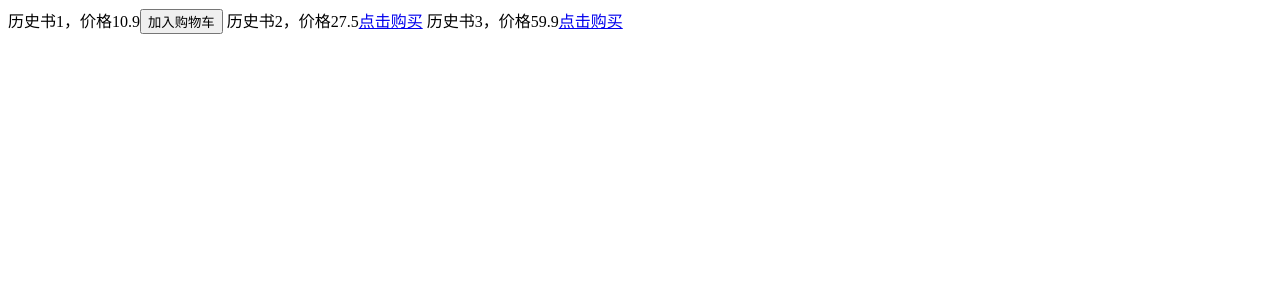
Repository: Matty-GCU/MyEclipse
Page: http://localhost/JavaWeb/chapter08_JSP_built_in_Object_2/homework/8.99.1hw1_book_history.jsp
These files come from the project's save history. The page is drawn as it stood at one moment and after the next save; the edit follows.
The browser window is 1280 px wide. The pictures show the whole page.
The page is served by Tomcat 9. Other server files are loaded and not shown.

Above is the page before, as saved 2021-10-27 16:24:10.

### JavaWeb/WebRoot/chapter08_JSP_built_in_Object_2/homework/8.99.1hw1_book_history.jsp
<%@ page language="java" contentType="text/html; charset=UTF-8"
    pageEncoding="UTF-8"%>
<html>
	<head>
		<title>Insert title here</title>
		<meta charset="utf-8">
		<style type="text/css">
			form{
				display: inline-block;
			}
		</style>
	</head>
	<body>
		<%

		%>
		历史书1，价格10.9<form><input type="submit" value="加入购物车"></form>
		历史书2，价格27.5<a href="#">点击购买</a>
		历史书3，价格59.9<a href="#">点击购买</a>
	</body>
</html>

After the next save:
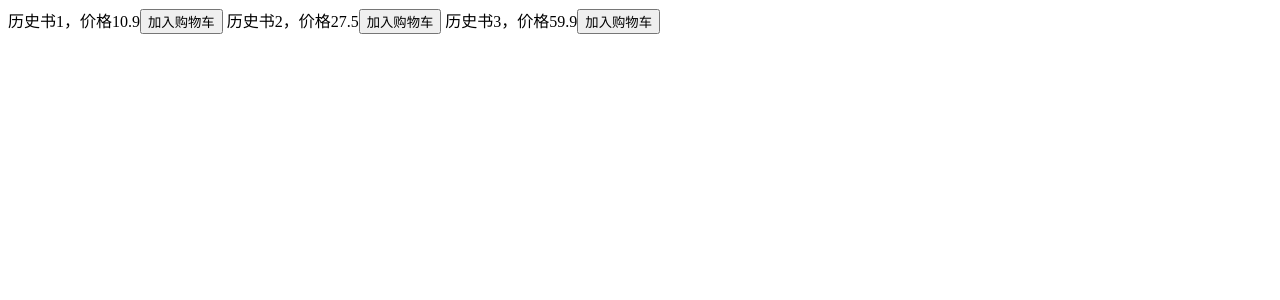
Saved 10 s later.
--- a/JavaWeb/WebRoot/chapter08_JSP_built_in_Object_2/homework/8.99.1hw1_book_history.jsp
+++ b/JavaWeb/WebRoot/chapter08_JSP_built_in_Object_2/homework/8.99.1hw1_book_history.jsp
@@ -15,7 +15,7 @@
 
 		%>
 		历史书1，价格10.9<form><input type="submit" value="加入购物车"></form>
-		历史书2，价格27.5<a href="#">点击购买</a>
-		历史书3，价格59.9<a href="#">点击购买</a>
+		历史书2，价格27.5<form><input type="submit" value="加入购物车"></form>
+		历史书3，价格59.9<form><input type="submit" value="加入购物车"></form>
 	</body>
 </html>
